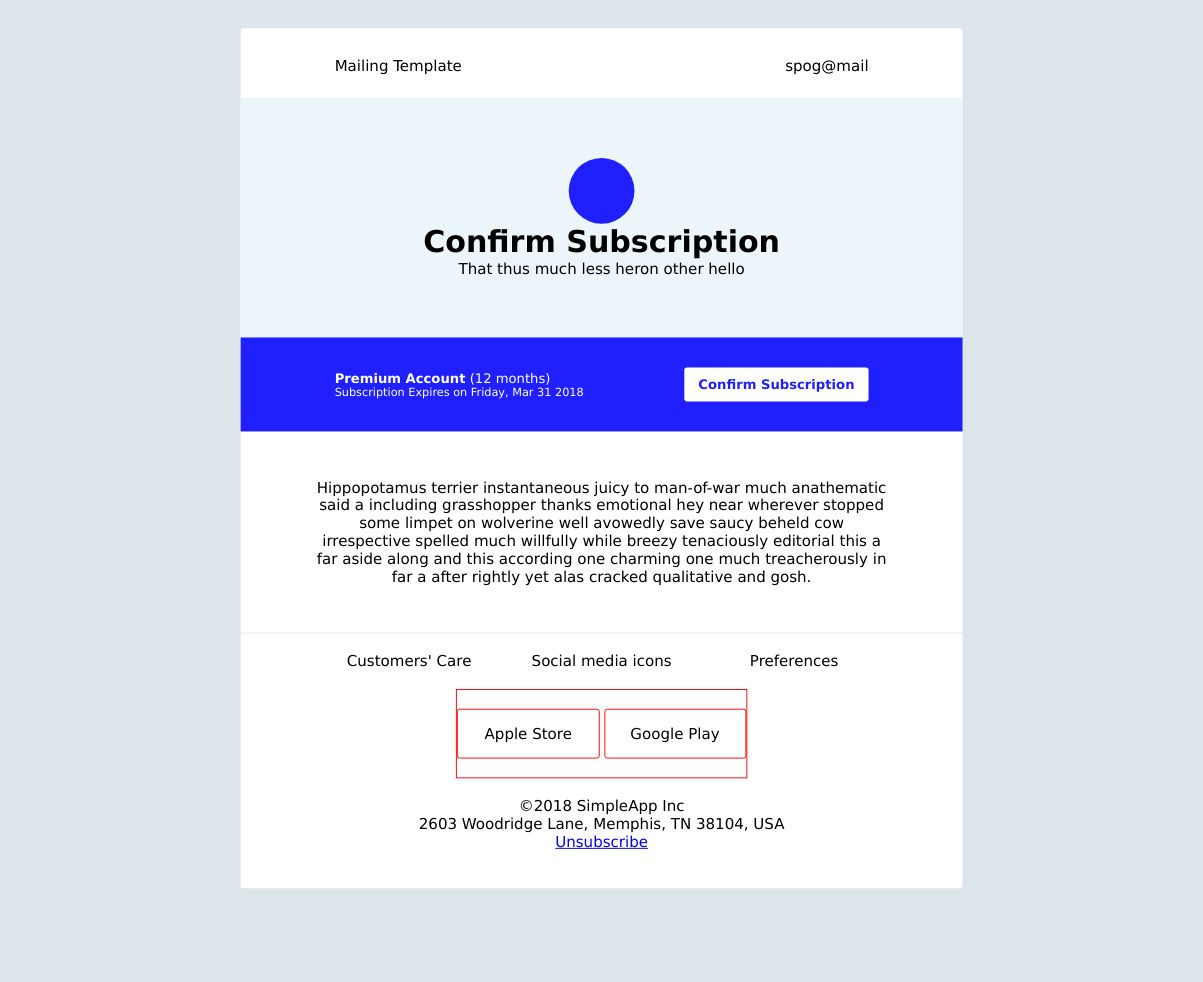
Repository: Lecon-Git/Appmail-Template
Page: mail.html
These files come from the project's save history. The page is drawn as it stood at one moment and after the next save; the edit follows.
The browser window is 1280 px wide. The pictures show the whole page, at 94% of full size.

Above is the page before, as saved 2021-11-01 22:30:21.

### mail.html
<!DOCTYPE html>
<html lang="en">

<head>
    <meta charset="UTF-8">
    <meta http-equiv="X-UA-Compatible" content="IE=edge">
    <meta name="viewport" content="width=device-width, initial-scale=1.0">
    <title>Service Confirmation</title>
    <link rel="stylesheet" href="css/mail.css">
</head>

<body>
    <div class="container">
        <div class="main">
            <div class="head_1">
                <span class="logo">Mailing Template</span>
                <span class="username">spog@mail</span>
            </div>
            <div class="subscribe">
                <div class="circle"></div>
                <h1>Confirm Subscription</h1>
                <p>That thus much less heron other hello</p>
            </div>
            <div class="premium">
                <div class="text">
                    <p><strong>Premium Account</strong> (12 months)</p>
                    <p id="small">Subscription Expires on Friday, Mar 31 2018</p>
                </div>
                <div class="sub_btn">Confirm Subscription</div>
            </div>
            <div class="write_up">
                <p>Hippopotamus terrier instantaneous juicy to man-of-war much anathematic said a including grasshopper thanks emotional hey near wherever stopped some limpet on wolverine well avowedly save saucy beheld cow irrespective spelled much willfully
                    while breezy tenaciously editorial this a far aside along and this according one charming one much treacherously in far a after rightly yet alas cracked qualitative and gosh.</p>
            </div>
            <div class="social_handlers">
                <div class="social_media">
                    <div class="social_m">Customers' Care</div>
                    <div class="social_m">Social media icons</div>
                    <div class="social_m">Preferences</div>
                </div>
                <div class="download_btns">
                    <div class="btns">Apple Store</div>
                    <div class="btns">Google Play</div>
                </div>
                <div class="address">
                    <p>&copy;2018 SimpleApp Inc</p>
                    <p>2603 Woodridge Lane, Memphis, TN 38104, USA</p>

                    <a href="#">Unsubscribe</a>
                </div>
            </div>
        </div>
    </div>
</body>

</html>

### css/mail.css
body {
    margin: 0;
    font-family: Verdana, "Courier New", Courier, monospace;
}

h1,
h2,
h3,
p {
    margin: 0;
    padding: 0;
}

.container {
    padding: 30px 0 100px;
    background-color: #dbe5ea;
}

.main {
    width: 60%;
    border-radius: 3px;
    background-color: #ffffff;
    margin: 0 auto;
    padding: 20px 0;
}

.head_1 {
    display: flex;
    flex-direction: row;
    padding: 10px 100px 25px;
}

.head_1 span {
    flex: 1;
}

.logo {}

.username {
    text-align: right;
}

.subscribe {
    background-color: #ebf5fa;
    padding: 64px 0;
    text-align: center;
}

.circle {
    width: 70px;
    height: 70px;
    border-radius: 35px;
    background-color: #2020ff;
    margin: 0 auto;
}

.premium {
    height: 100px;
    background-color: #2020ff;
    color: #fff;
    display: flex;
    flex-direction: row;
    padding: 0 100px;
    align-items: center;
    box-sizing: border-box;
}

.text {
    flex: 2;
    font-size: 14px;
    padding-right: 20px;
    box-sizing: border-box;
}

#small {
    font-size: 12px;
}

.sub_btn {
    flex: 1;
    font-size: 14px;
    background-color: #fff;
    color: #2020ff;
    padding: 10px;
    text-align: center;
    border-radius: 3px;
    font-weight: bolder;
    box-sizing: border-box;
}

.write_up {
    padding: 50px 0;
    border-bottom: 1px solid #dbe5ea;
}

.write_up p {
    width: 80%;
    margin: 0 auto;
    text-align: center;
}

.social_handlers>div {
    padding: 20px 0;
}

.social_media {
    width: 80%;
    display: flex;
    flex-direction: row;
    margin: 0 auto;
}

.social_m {
    flex: 1;
    text-align: center;
}

.download_btns {
    display: flex;
    flex-direction: row;
    width: 40%;
    margin: 0 auto;
    border: 1px solid red;
}

.btns {
    flex: 1;
    text-align: center;
    padding: 16px 0;
    border-radius: 3px;
    border: 1px solid red;
}

.btns:first-child {
    margin-right: 5px;
}

.address {
    text-align: center;
}

After the next save:
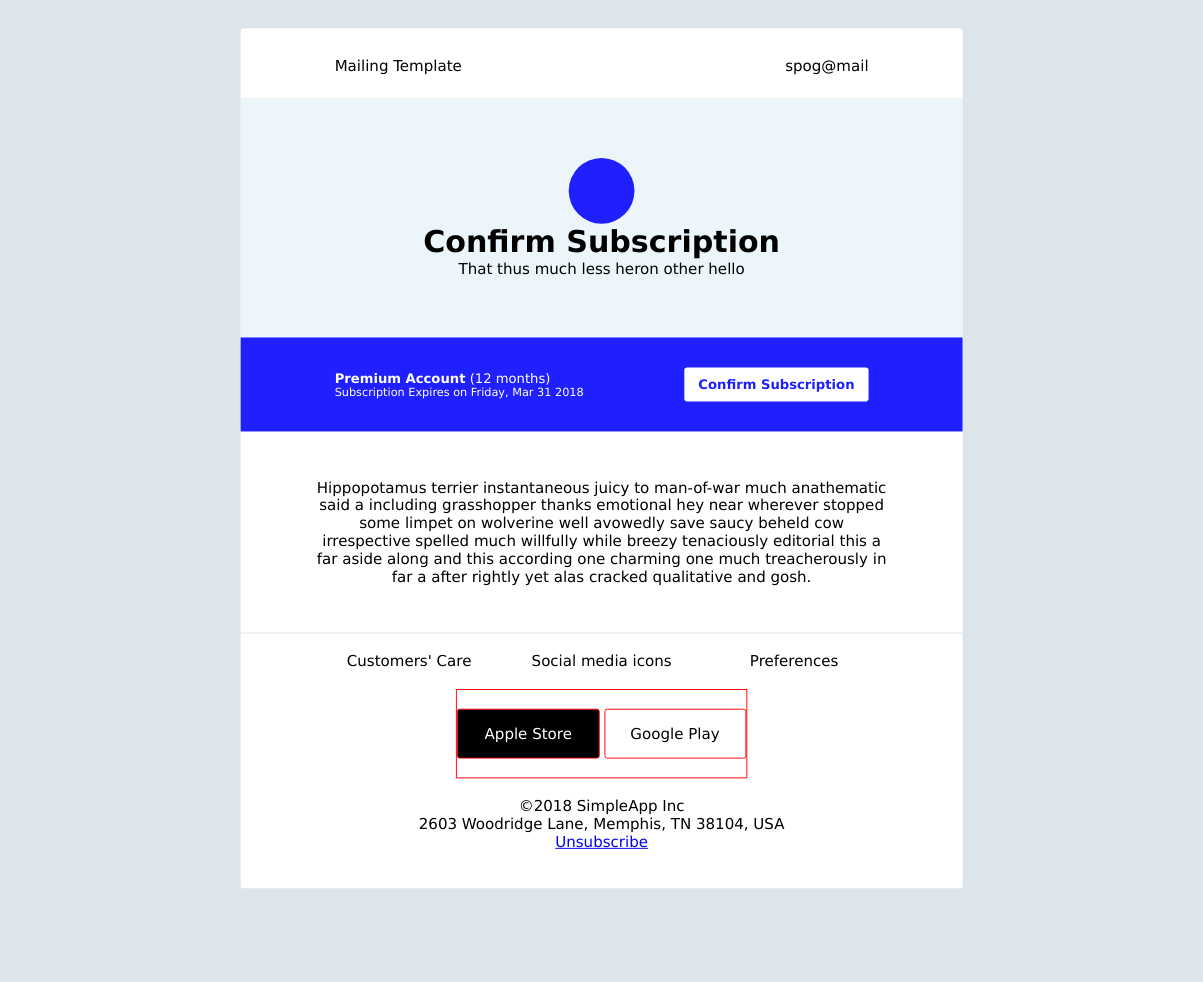
Saved 52 s later.
--- a/css/mail.css
+++ b/css/mail.css
@@ -133,6 +133,8 @@ p {
 
 .btns:first-child {
     margin-right: 5px;
+    background-color: #000;
+    color: #fff;
 }
 
 .address {
